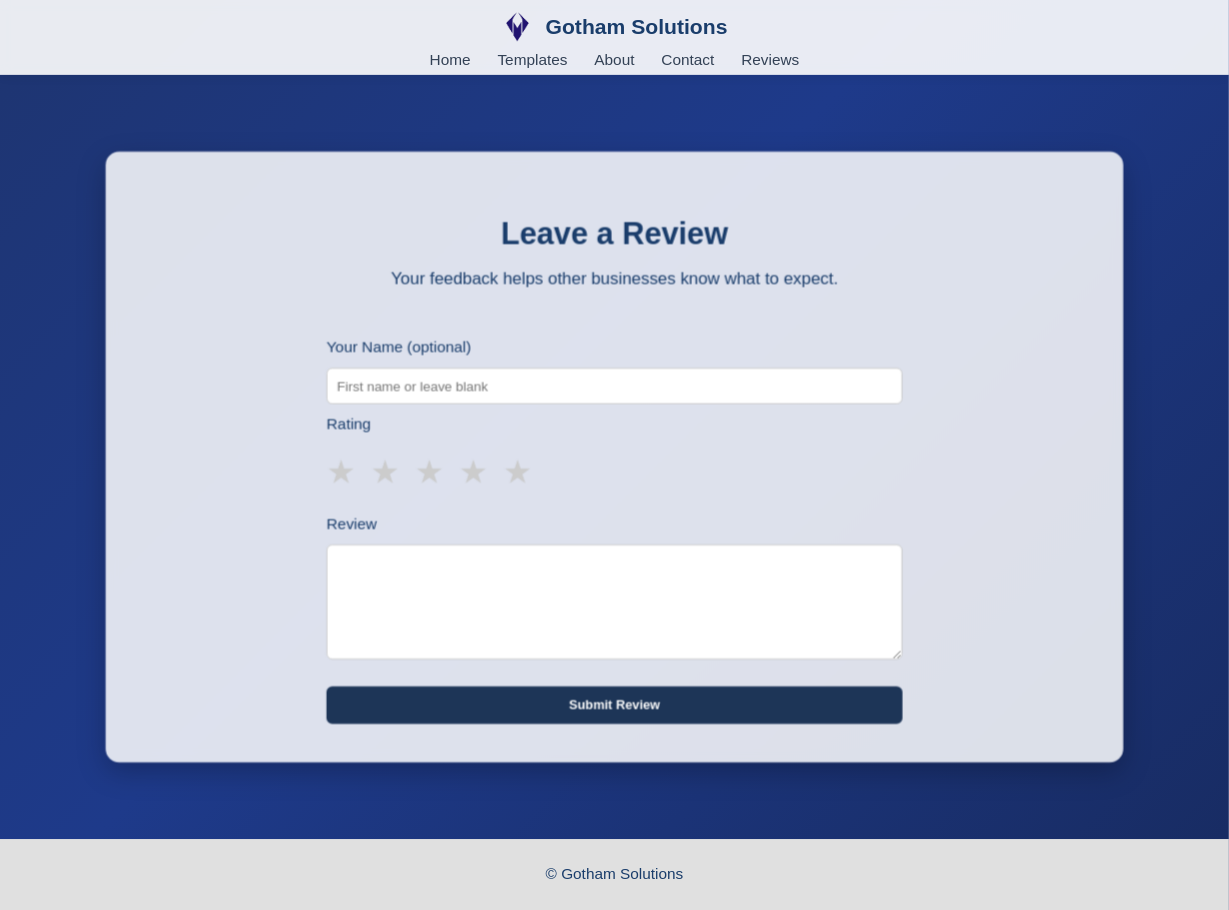
Repository: kmm569/gothamsolutions
Page: reviews/new/index.html
The author's editor kept a copy of each file at every save. The page is drawn from the files as they stood at one save, then again after the next save.
The browser window is 1280 px wide. The pictures show the whole page, at 96% of full size.

Above is the page before, as saved 2026-03-12 14:12:55.
Console error: TypeError: Cannot set properties of null (setting 'innerText')

After the next save:
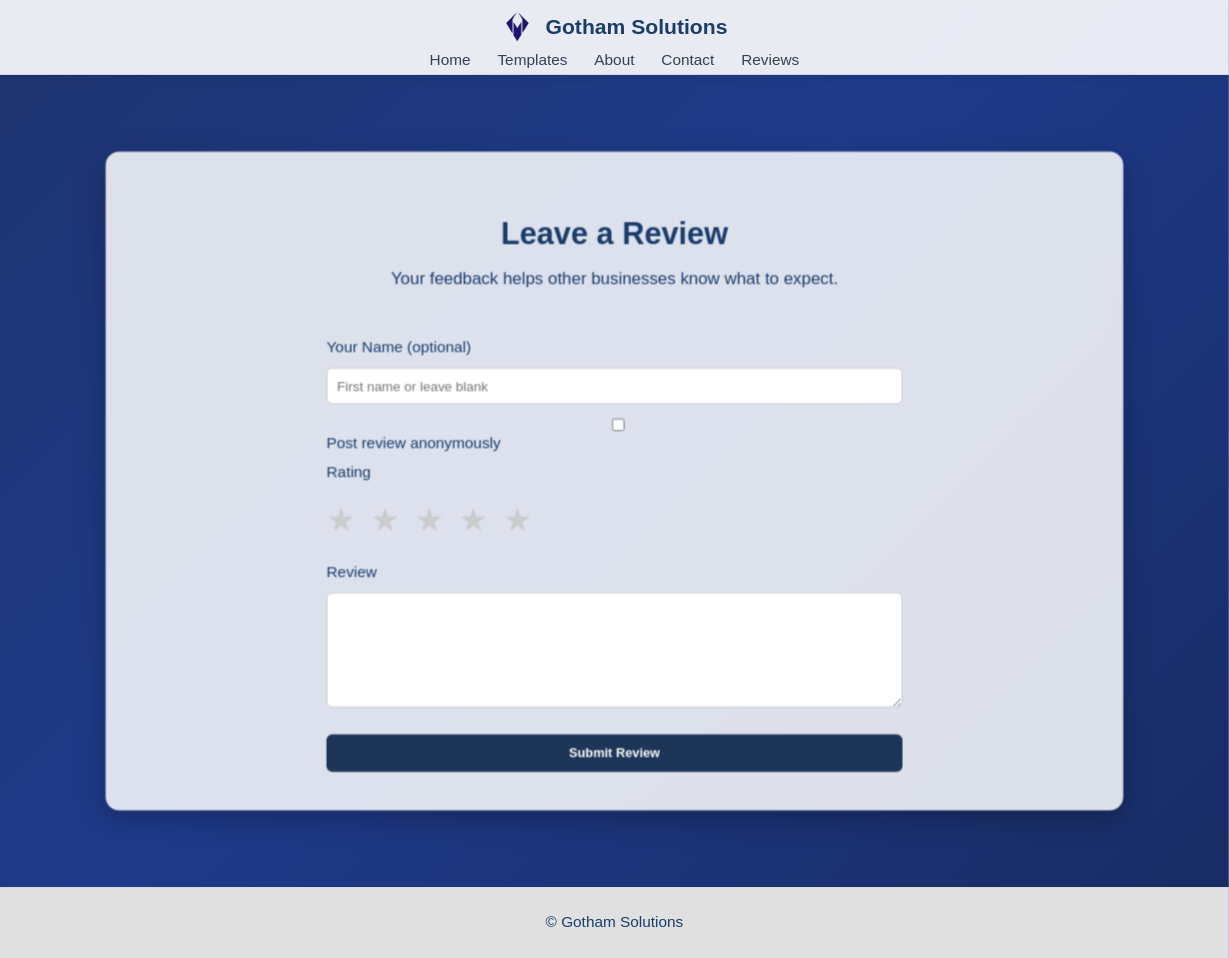
Saved 15 s later.
--- a/reviews/new/index.html
+++ b/reviews/new/index.html
@@ -44,6 +44,10 @@
 				<form class="review-form" id="reviewForm">
 					<label>Your Name (optional)</label>
 <input type="text" id="name" placeholder="First name or leave blank">
+<label class="anon-option">
+	<input type="checkbox" id="anonymous">
+	Post review anonymously
+</label>
 
 					<label>Rating</label>
 
